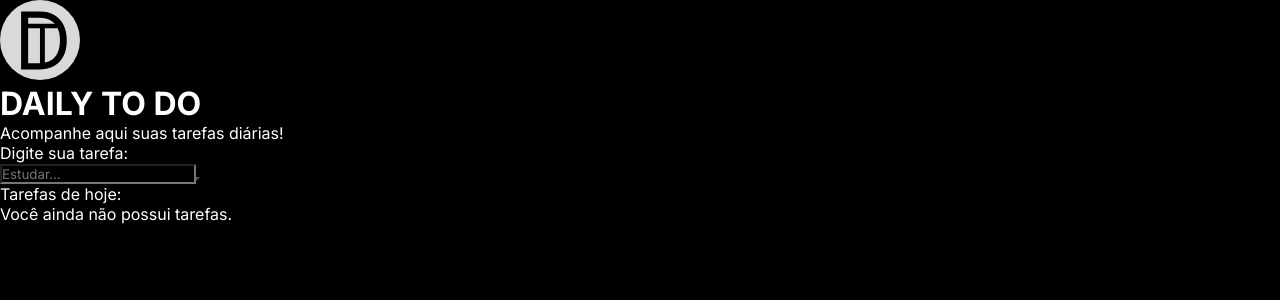
Repository: LuizAGDomingues/my-todoapp-vuejs
Page: /
The author's editor kept a copy of each file at every save. The page is drawn from the files as they stood at one save, then again after the next save.
The browser window is 1280 px wide. The pictures show the whole page.
Some icons come from a web library that is not loaded, so they are not drawn. The project was rebuilt for these pictures with package versions that can differ from the ones it lists, and the page was loaded fresh each time. Also part of the build but not shown: vite.config.ts.

Above is the page before, as saved 2022-12-08 18:15:24.

### index.html
<!DOCTYPE html>
<html lang="en">
  <head>
    <meta charset="UTF-8">
    <link rel="icon" href="/favicon.ico">
    <link rel="preconnect" href="https://fonts.googleapis.com">
    <link rel="preconnect" href="https://fonts.gstatic.com" crossorigin>
    <link href="https://fonts.googleapis.com/css2?family=Inter:wght@400;600;700&family=Roboto&display=swap" rel="stylesheet">
    <meta name="viewport" content="width=device-width, initial-scale=1.0">
    <title>Todo Daily App</title>
    <script src="https://unpkg.com/phosphor-icons"></script>
  </head>
  <body>
    <div id="app"></div>
    <script type="module" src="/src/main.ts"></script>
  </body>
</html>

### src/main.ts
import { createApp } from 'vue'
import App from './App.vue'
import './sass/style.css'
import store from './store'


createApp(App).use(store).mount('#app')

### src/App.vue
<template>
  <div class="container">

    <header>
      <logo />
      <h1 class="title">DAILY TO DO</h1>
      <i class="ph-lightbulb logo-ph-size"></i>
    </header>

    <span class="subtitle">Acompanhe aqui suas tarefas diárias!</span>

    <form class="input" @submit.prevent="addTodo">
      <label class="input-label">Digite sua tarefa:</label>
      <div class="input-container">
        <i class="ph-notepad input-container-icon"></i>
        <input class="input-container-box" type="text" placeholder="Estudar..." v-model="title" />
        <button @click="addTodo" class="input-button" type="submit"><i class="ph-check-square input-button-icon"></i></button>
      </div>
    </form>

    <span>Tarefas de hoje:</span>

    <section class="tasks" v-if="$store.state.todos.length">
      <div v-for="todo in $store.state.todos" :key="todo.id">
        <todo-item :todo="todo" />
      </div>
    </section>

    <section class="empty" v-else>
      <span class="empty-text">Você ainda não possui tarefas.</span>
    </section>

  </div>

</template>

<script lang="ts">
import Logo from './components/Logo.vue'
import TodoItem from './components/TodoItem.vue'
import VueCookies from 'vue-cookies'



export default {
  components: {
    Logo,
    TodoItem,
  },
  name: "App",
  data(){
    return {
      title: '',
      openModal: false,
    }
  },
  methods: {
    addTodo(){
      if(!this.title){
        return false;
      }
      this.$store.commit('storeTodo', {
        title: this.title,
        isCompleted: false,
      })
      this.title = ''
    },
  },
}

</script>

### src/sass/style.css
* {
  margin: 0;
  padding: 0;
  background-color: #000000;
  color: #ffffff;
  font-family: "Inter", sans-serif;
  -webkit-font-smoothing: antialiased;
}/*# sourceMappingURL=style_20221205105253.css.map */

### src/store/index.ts
import { createStore } from 'vuex'

interface StoreProps {
  id: number,
  title: string,
  isCompleted: boolean,
  timePass?: number,
}

export default createStore({
  state: {
    todos: <StoreProps[]>[]
  },
  mutations: {
    storeTodos( state, payload ){
      state.todos = payload;
    },
    storeTodo( state, payload ){
      const lastTodo = state.todos[state.todos.length - 1]
      if(lastTodo){
        payload.id = lastTodo.id + 1
      } else {
        payload.id = 0
      }
      state.todos.push(payload)
    },
    updateTodo( state, payload ){
      const index = state.todos.findIndex(todo => todo.id === payload.id);
      if(index >= 0){
        state.todos.splice(index, 1, payload);
      }
    },
    deleteTodo( state, id ){
      const index = state.todos.findIndex(todo => todo.id === id);
      if(index >= 0){
        state.todos.splice(index, 1);
      }
    },
  },
})

### src/components/Logo.vue
<template>
  <svg width="80" height="80" viewBox="0 0 100 100" fill="none" xmlns="http://www.w3.org/2000/svg">
    <circle cx="50" cy="50" r="50" fill="#D9D9D9"/>
    <path d="M48.8125 87H26.3693V14.2727H49.8068C56.8617 14.2727 62.8987 15.7287 67.9176 18.6406C72.9366 21.5289 76.7836 25.6837 79.4588 31.1051C82.134 36.5028 83.4716 42.9659 83.4716 50.4943C83.4716 58.0701 82.1222 64.5923 79.4233 70.0611C76.7244 75.5062 72.7945 79.6965 67.6335 82.6321C62.4725 85.544 56.1989 87 48.8125 87ZM35.1761 79.1875H48.2443C54.2576 79.1875 59.241 78.0275 63.1946 75.7074C67.1482 73.3873 70.0956 70.0848 72.0369 65.7997C73.9782 61.5147 74.9489 56.4129 74.9489 50.4943C74.9489 44.6231 73.9901 39.5687 72.0724 35.331C70.1548 31.0696 67.2902 27.8026 63.4787 25.5298C59.6671 23.2334 54.9205 22.0852 49.2386 22.0852H35.1761V79.1875Z" fill="black"/>
    <path d="M34.1971 35.2088V29.8182H71.8335V35.2088H56.0537V80H49.977V35.2088H34.1971Z" fill="black"/>
  </svg>
</template>

<script lang="ts">
export default{
  name: "Logo"
}
</script>

<style scoped>

</style>

### src/components/TodoItem.vue
<template>
  <div class="tasks-container" >
    <div class="tasks-input">
      <radiobutton :checked="isCompleted" @click="changeState" />
      <span @click="openEditModal" :class="{'tasks-text-unchecked': isCompleted === false, 'tasks-text-checked': isCompleted === true}">{{todoTitle}}</span>
    </div>
    <button class="tasks-timer">
      <i class="ph-timer" :class="{'timer-checked': isCompleted}"></i>
    </button>
  </div>

  <Modal
    v-if="openModal"
    :todo="todo"
    @closeModal="closeModal"
    @updateTodo="(newTodoTitle) => {
      todoTitle = newTodoTitle;
      updateTodo();
    }"
    @deleteTodo="deleteTodo"
  />

</template>

<script lang="ts">
import Radiobutton from './Radiobutton.vue'
import Modal from './EditModal.vue'

export default {
  name: "TodoItem",
  components: {
    Radiobutton,
    Modal
  },
  props: {
    todo: {
      type: Object,
      default:() => ({}),
    }
  },
  data(){
    return{
      todoTitle: this.todo.title,
      isCompleted: this.todo.isCompleted,
      openModal: false,
    }
  },
  methods: {
    changeState(){
      this.isCompleted = !this.isCompleted
    },
    updateTodo(){
      const payload = {
        id: this.todo.id,
        title: this.todoTitle,
        isCompleted: this.isCompleted,
      }
      this.$store.commit('updateTodo', payload)
    },
    deleteTodo(){
      this.$store.commit('deleteTodo', this.todo.id)
    },
    openEditModal(){
      if(this.isCompleted === true){
        return
      }
      this.openModal = true
    },
    closeModal(){
      this.openModal = false
    },
  },
}
</script>

### src/components/Radiobutton.vue
<template>

  <svg v-if="checked" width="32" height="32" viewBox="0 0 32 32" fill="none" xmlns="http://www.w3.org/2000/svg">
    <path d="M16 28C22.6274 28 28 22.6274 28 16C28 9.37258 22.6274 4 16 4C9.37258 4 4 9.37258 4 16C4 22.6274 9.37258 28 16 28Z" stroke="#03A500" stroke-width="2" stroke-linecap="round" stroke-linejoin="round"/>
    <path d="M16 23C19.866 23 23 19.866 23 16C23 12.134 19.866 9 16 9C12.134 9 9 12.134 9 16C9 19.866 12.134 23 16 23Z" fill="#03A500" stroke="#03A500" stroke-width="2" stroke-linecap="round" stroke-linejoin="round"/>
  </svg>
  <svg v-else width="32" height="32" viewBox="0 0 32 32" fill="none" xmlns="http://www.w3.org/2000/svg">
    <path d="M16 28C22.6274 28 28 22.6274 28 16C28 9.37258 22.6274 4 16 4C9.37258 4 4 9.37258 4 16C4 22.6274 9.37258 28 16 28Z" stroke="#FF0000" stroke-width="2" stroke-linecap="round" stroke-linejoin="round"/>
    <path d="M16 23C19.866 23 23 19.866 23 16C23 12.134 19.866 9 16 9C12.134 9 9 12.134 9 16C9 19.866 12.134 23 16 23Z" stroke="#FF0000" stroke-width="2" stroke-linecap="round" stroke-linejoin="round"/>
  </svg>

</template>

<script lang="ts">
export default {
  name: "Radiobutton",
  props: {
    checked: Boolean,
  },
}
</script>

<style scoped>
svg {
  cursor: pointer;
}
</style>

### src/components/EditModal.vue
<template>
  <div class="modal-container">
    <button class="modal-close" @click="$emit('closeModal')">
      <i class="ph-x-circle"></i>
    </button>
    <h2 class="modal-text">Edite sua tarefa ou exclua</h2>
    <form action="submit" @submit.prevent="updateTodo">
      <i class="ph-note-pencil icon-pencil"></i>
      <input type="text" v-model="newTodoTitle"/>
      <i class="ph-check icon-check" @click="updateTodo"></i>
      <i class="ph-trash icon-trash" @click="deleteTodo"></i>
    </form>
  </div>
</template>

<script lang="ts">
export default {
  name: "Modal",
  props: {
    todo: {
      type: Object,
      default:() => ({}),
    }
  },
  data(){
    return {
      newTodoTitle: this.todo.title,
    }
  },
  methods: {
    updateTodo(){
      this.$emit('updateTodo', this.newTodoTitle)
      this.$emit('closeModal')
    },
    deleteTodo(){
      this.$emit('deleteTodo')
      this.$emit('closeModal')
    }
  },
}
</script>

<style scoped>

.modal-container {
  position: absolute;
  left: 50%;
  top: 50%;
  transform: translate(-50%, -50%);
  height: 280px;
  width: 494px;
  background-color: #1e1e1e;
  border-radius: 8px;
  border: 2px solid #d10132;
  padding: 26px;
}
.modal-close {
  border: none;
  background: transparent;
  display: flex;
  align-items: center;
  justify-content: end;
  border-radius: 100%;
  margin-left: auto;
}
.modal-close i {
  font-size: 32px;
  cursor: pointer;
}
.modal-close i:hover {
  color: #FF003D;
  transition: 300ms;
}
.modal-text {
  margin-top: 6px;
  margin-bottom: 48px;
  font-family: 'Inter';
  font-weight: semibold;
  font-size: 1.25rem;
  display: flex;
  align-items: center;
  justify-content: center;
}

form {
  display: flex;
  align-items: center;
}

form .icon-pencil {
  font-size: 32px;
  position: absolute;
  color: #000000;
  margin-left: 8px;
}

form input {
  height: 100%;
  width: 100%;
  background-color: #d0d0d0;
  border-radius: 8px;
  padding: 13px 52px;
  border: 1px solid #000000;
  font-family: 'Roboto';
  font-size: 1rem;
}

form input::placeholder {
  color: #4f4f4f;
  font-family: 'Roboto';
  font-size: 1rem;
}

form .icon-check {
  font-size: 32px;
  position: absolute;
  color: #000000;
  margin-left: 400px;
  cursor: pointer;
}

form .icon-trash {
  font-size: 32px;
  color: #FF0000;
  margin-left: 16px;
  cursor: pointer;
}

</style>

After the next save:
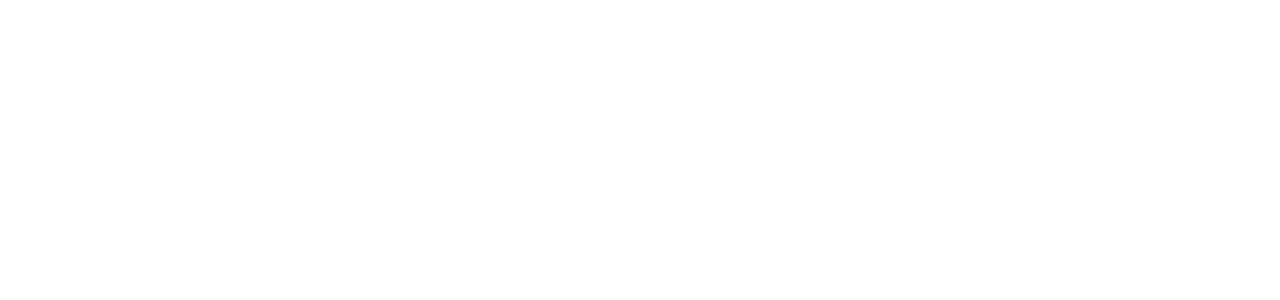
Console error: ReferenceError: inject is not defined
Saved 6 s later.
--- a/src/App.vue
+++ b/src/App.vue
@@ -39,7 +39,7 @@
 import TodoItem from './components/TodoItem.vue'
 import VueCookies from 'vue-cookies'
 
-
+const $cookies = inject<VueCookies>('$cookies');
 
 export default {
   components: {

After the save that followed:
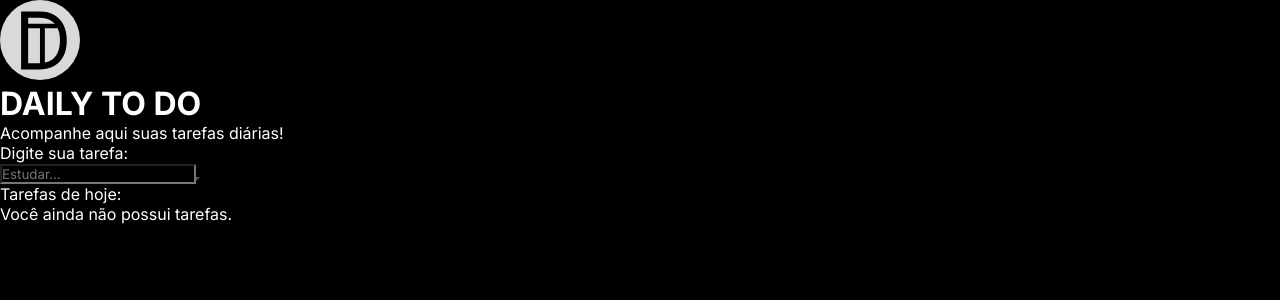
The error is gone.
Saved 28 s later.
--- a/src/App.vue
+++ b/src/App.vue
@@ -38,6 +38,7 @@
 import Logo from './components/Logo.vue'
 import TodoItem from './components/TodoItem.vue'
 import VueCookies from 'vue-cookies'
+import { inject } from 'vue';
 
 const $cookies = inject<VueCookies>('$cookies');
 
